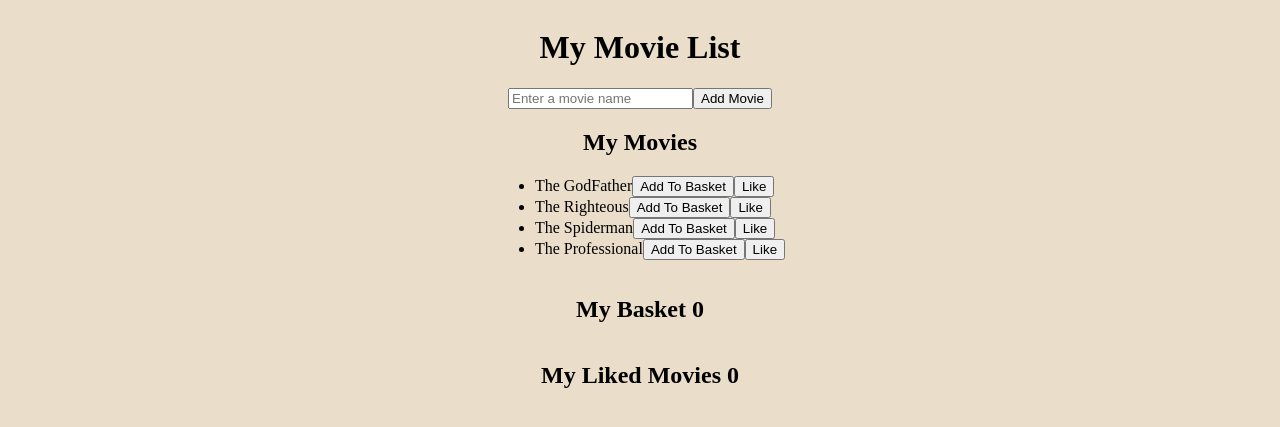
Repository: sinchana-p-iVoyant/redux-movie-store
Page: /
An editor plug-in stored every save of this project. The page is shown before and after the next save, followed by the edit.
The browser window is 1280 px wide. The pictures show the whole page.
The project was rebuilt for these pictures with package versions that can differ from the ones it lists, and the page was loaded fresh each time. Also part of the build but not shown: vite.config.ts.

Above is the page before, as saved 2024-02-15 12:11:49.

### index.html
<!doctype html>
<html lang="en">
  <head>
    <meta charset="UTF-8" />
    <link rel="icon" type="image/svg+xml" href="/vite.svg" />
    <meta name="viewport" content="width=device-width, initial-scale=1.0" />
    <title>Redux Movie Store</title>
  </head>
  <body>
    <div id="root"></div>
    <script type="module" src="/src/main.tsx"></script>
  </body>
</html>

### src/main.tsx
import React from 'react'
import ReactDOM from 'react-dom/client'
import App from './App.tsx'
// import './index.css'
import store from './store/index';
import { Provider } from 'react-redux'


ReactDOM.createRoot(document.getElementById('root')!).render(
  <React.StrictMode>
    <Provider store={store}>
      <App />
    </Provider>
  </React.StrictMode>,
)

### src/App.tsx
import { useState } from "react";
// import './App.css'
import { useSelector, useDispatch } from "react-redux";
import {Movie} from './store/index'
import {Card, CardComponent, CardActions, Button, Typography} from '@mui/material'
import { Favorite, FavoriteBorder, AddShoppingCart, RemoveShoppingCart } from "@mui/icons-material";
import './App.css'

const App = () => {
  const [movieTitle, setMovieTitle] = useState("");

  // 🔥 a. To Trigger from UI.
  const dispatch = useDispatch();

  // 🔥 b. To update the UI, based on state updates in the store.

  // movies state (array)
  // const movies = useSelector(state => state.movies)
  // ------> return value: state.movies

  // Note:
  // The function passed to `useSelector` selects a slice of the state that we are interested in.
  // The function parameter specifies the `structure` of the Redux state object.
  // It's `type` annotated in TypeScript to ensure the type safety.
  // specifying the structure of the Redux state object using TypeScript type annotations enhances code quality, readability, and maintainability while providing additional safety checks and tooling support during development.

  const movies = useSelector(
    (state : {
      movies: { title: string; liked: boolean; inBasket: boolean }[];
    }) => state.movies
  );

  // const basket = useSelector((state) => state.basket);
  const basket = useSelector((state: { basket: string[] }) => state.basket);

  // const likedMovies = useSelector((state) => state.likedMovies);
  const likedMovies = useSelector((state: { likedMovies: string[] }) => state.likedMovies);


  // 4. Action Creator
  const handleAddMovie = () => {
    const newMovie = {
      title: movieTitle,
      inBasket: false,
      liked: false
    }
    dispatch({ type: "ADD_MOVIE", payload: newMovie });
    setMovieTitle(""); // Reset back to Empty String
  };

  const handleAddToBasket = (movie: string) => {
    dispatch({ type: "ADD_TO_BASKET", payload: movie });
  };
  const handleAddToLikedMovies = (movie: string) => {
    dispatch({ type: "ADD_TO_LIKED_MOVIE", payload: movie });
  };

  return (
    <div className="container">
      <div>
        <h1>My Movie List</h1>
      </div>
      <div className="add-movie">
        <input
          type="text"
          placeholder="Enter a movie name"
          value={movieTitle}
          onChange={(e) => setMovieTitle(e.target.value)}
        />
        <button onClick={handleAddMovie}>Add Movie</button>
      </div>
      <div>
        <h2>My Movies</h2>
        <ul className="">
          {movies.map((movie: Movie, index) => (
            <li key={index}>
              {movie.title}
              <button onClick={() => handleAddToBasket(movie.title)}>
                {movie.inBasket ? "Remove From Basket" : "Add To Basket"}
              </button>
              <button onClick={() => handleAddToLikedMovies(movie.title)}>
                {movie.liked ? "Dislike" : "Like"}
              </button>
            </li>
          ))}
        </ul>
      </div>
      <div>
        <h2>My Basket {basket.length}</h2>
        <ul>
          {basket.map((basket, index) => (
            <li key={index}>{basket}</li>
          ))}
        </ul>
      </div>
      <div>
        <h2>My Liked Movies {likedMovies.length}</h2>
        <ul>
          {likedMovies.map((likedMovie, index) => (
            <li key={index}>{likedMovie}</li>
          ))}
        </ul>
      </div>
    </div>
  );
};

export default App;

// 1. Save the new movie in the local state.
// 2. Add the new movie in local state to the Store.
// 3. Fetch the movies array, from the store

// 3. a. To display in - My Basket & My Liked Movies

### src/store/index.tsx
import { createStore } from "redux";

export type Movie = {
    title: string,
    inBasket: boolean,
    liked: boolean
}

export type State = {
    movies: Movie[],
    basket: string[],
    likedMovies: string[]
}

type Action =
  | { type: "ADD_MOVIE"; payload: Movie } |
    { type: 'ADD_TO_BASKET', payload: string } |
    { type: "ADD_TO_LIKED_MOVIE", payload: string };

// InitialState
const initialState: State = {
    movies: [
      {title: 'The GodFather', inBasket: false, liked: false},
      {title: 'The Righteous', inBasket: false, liked: false},
      {title: 'The Spiderman', inBasket: false, liked: false},
      {title: 'The Professional', inBasket: false, liked: false},
    ],
    basket: [],
    likedMovies: []
}

// Reducers - Make Immutable Updates
const reducer = (state: State = initialState, action: Action): State => {
  switch (action.type) {
    case 'ADD_MOVIE':
      return {
        ...state,
        movies: [...state.movies, action.payload]
      }
    case 'ADD_TO_BASKET':
      return {
        ...state,
          movies: state.movies.map(movie => movie.title === action.payload ? {...movie, inBasket: !movie.inBasket } : movie),
        basket: state.basket.includes(action.payload) ? state.basket.filter(movie => movie !== action.payload) : [...state.basket, action.payload]
      }
    case 'ADD_TO_LIKED_MOVIE':
      return {
        ...state,
        movies: state.movies.map(movie => movie.title === action.payload ? {...movie, liked: !movie.liked} : movie) ,
        likedMovies: state.likedMovies.includes(action.payload) ? state.likedMovies.filter(movie => movie !== action.payload) :  [...state.likedMovies, action.payload]
      }
    default:
      return state
  }
}

// Store
const store = createStore(reducer)
export default store

// 1. State
// 2. Reducer
// 3. Store

### src/App.css
body {
  background-color: #EADDCA;
}

h1, h2{
  text-align: center;
}

.container {
  display: flex;
  flex-direction: column;
  align-items: center;
  justify-content: center;
}

.movie-list {
  display: flex;
  flex-wrap: wrap;
  justify-content: center;
}

.movie-card {
  width: 250px;
  margin: 10px;
}

.card-content {
  padding: 16px;
}

.card-actions {
  display: flex;
  justify-content: space-between;
}


















/* #root {
  max-width: 1280px;
  margin: 0 auto;
  padding: 2rem;
  text-align: center;
} */

/*
.logo {
  height: 6em;
  padding: 1.5em;
  will-change: filter;
  transition: filter 300ms;
}
.logo:hover {
  filter: drop-shadow(0 0 2em #646cffaa);
}
.logo.react:hover {
  filter: drop-shadow(0 0 2em #61dafbaa);
}

@keyframes logo-spin {
  from {
    transform: rotate(0deg);
  }
  to {
    transform: rotate(360deg);
  }
}

@media (prefers-reduced-motion: no-preference) {
  a:nth-of-type(2) .logo {
    animation: logo-spin infinite 20s linear;
  }
}

.card {
  padding: 2em;
}

.read-the-docs {
  color: #888;
} */

/* ------------------------- */

After the next save:
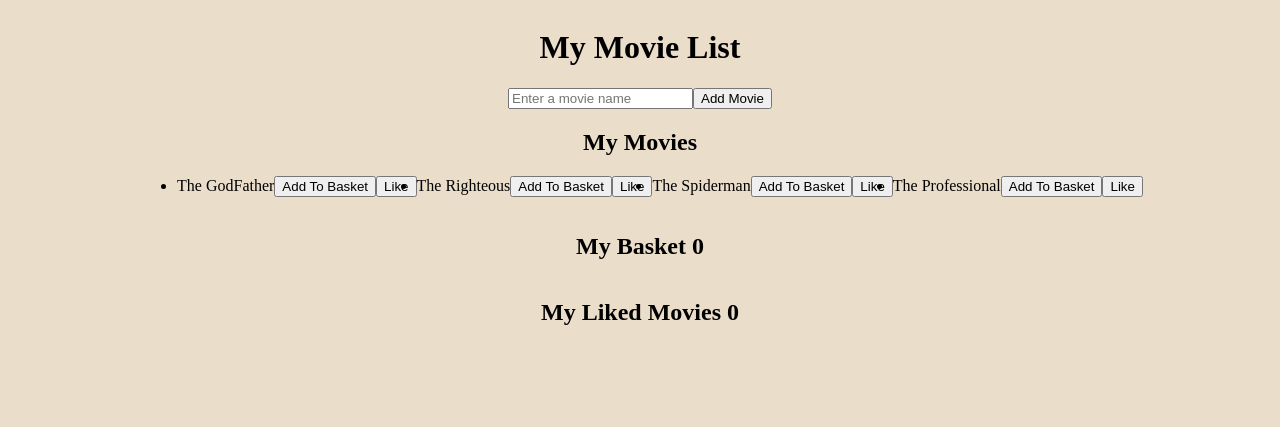
Saved 4 s later.
--- a/src/App.tsx
+++ b/src/App.tsx
@@ -71,7 +71,7 @@ const App = () => {
       </div>
       <div>
         <h2>My Movies</h2>
-        <ul className="">
+        <ul className="movie-list">
           {movies.map((movie: Movie, index) => (
             <li key={index}>
               {movie.title}
